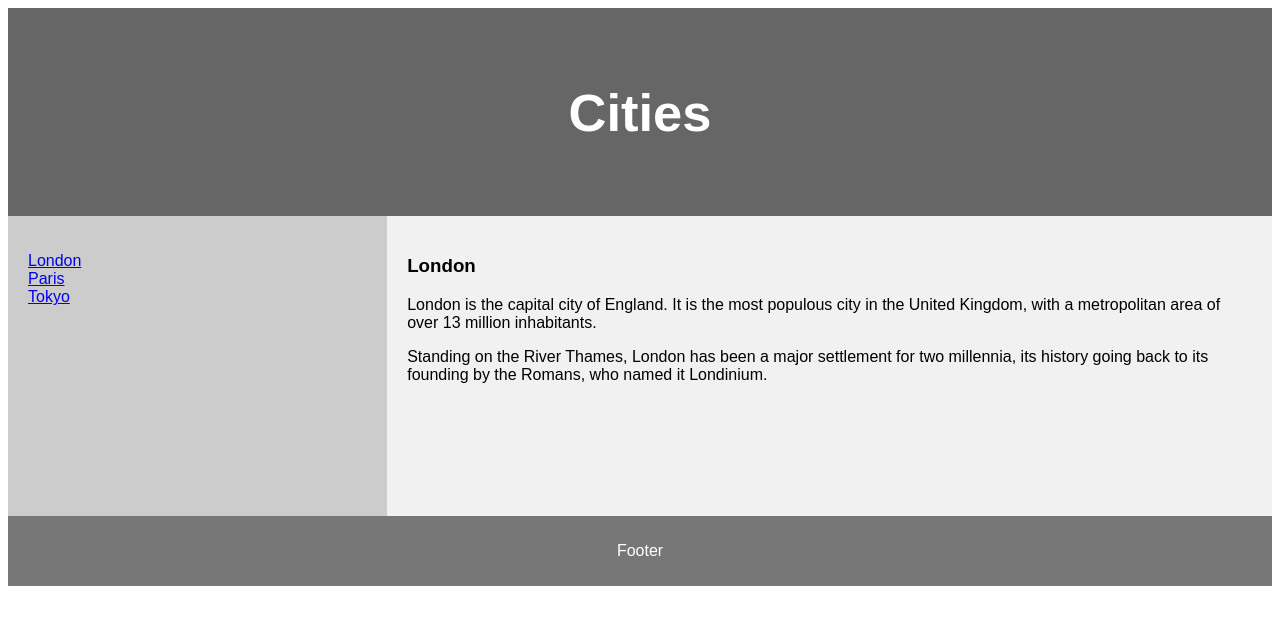
Repository: VuVanPhuoc/JavaSpringMVC
Page: http://localhost/WebBanSachSpringMVC/WEB-INF/views/admin/index.jsp
The author's editor kept a copy of each file at every save. The page is drawn from the files as they stood at one save, then again after the next save.
The browser window is 1280 px wide. The pictures show the whole page.
The page is served by Tomcat 9. Nobody is signed in. Other server files are loaded and not shown. The template is opened directly, without the code that normally fills it, so the values that code supplies are empty.

Above is the page before, as saved 2022-12-26 20:38:17.

### CNJavaCK/WebBanSachSpringMVC/src/main/webapp/WEB-INF/views/admin/index.jsp
<%@ page language="java" contentType="text/html; charset=UTF-8"
    pageEncoding="UTF-8"%>
<!DOCTYPE html>
<html lang="en">
<head>
<title>CSS Template</title>
<meta charset="utf-8">
<meta name="viewport" content="width=device-width, initial-scale=1">
<style>
* {
  box-sizing: border-box;
}

body {
  font-family: Arial, Helvetica, sans-serif;
}

/* Style the header */
header {
  background-color: #666;
  padding: 30px;
  text-align: center;
  font-size: 35px;
  color: white;
}

/* Create two columns/boxes that floats next to each other */
nav {
  float: left;
  width: 30%;
  height: 300px; /* only for demonstration, should be removed */
  background: #ccc;
  padding: 20px;
}

/* Style the list inside the menu */
nav ul {
  list-style-type: none;
  padding: 0;
}

article {
  float: left;
  padding: 20px;
  width: 70%;
  background-color: #f1f1f1;
  height: 300px; /* only for demonstration, should be removed */
}

/* Clear floats after the columns */
section::after {
  content: "";
  display: table;
  clear: both;
}

/* Style the footer */
footer {
  background-color: #777;
  padding: 10px;
  text-align: center;
  color: white;
}

/* Responsive layout - makes the two columns/boxes stack on top of each other instead of next to each other, on small screens */
@media (max-width: 600px) {
  nav, article {
    width: 100%;
    height: auto;
  }
}
</style>
</head>
<body>


<header>
  <h2>Cities</h2>
</header>

<section>
  <nav>
    <ul>
      <li><a href="#">London</a></li>
      <li><a href="#">Paris</a></li>
      <li><a href="#">Tokyo</a></li>
    </ul>
  </nav>

  <article>
    <h1>London</h1>
    <p>London is the capital city of England. It is the most populous city in the  United Kingdom, with a metropolitan area of over 13 million inhabitants.</p>
    <p>Standing on the River Thames, London has been a major settlement for two millennia, its history going back to its founding by the Romans, who named it Londinium.</p>
  </article>
</section>

<footer>
  <p>Footer</p>
</footer>

</body>
</html>

After the next save:
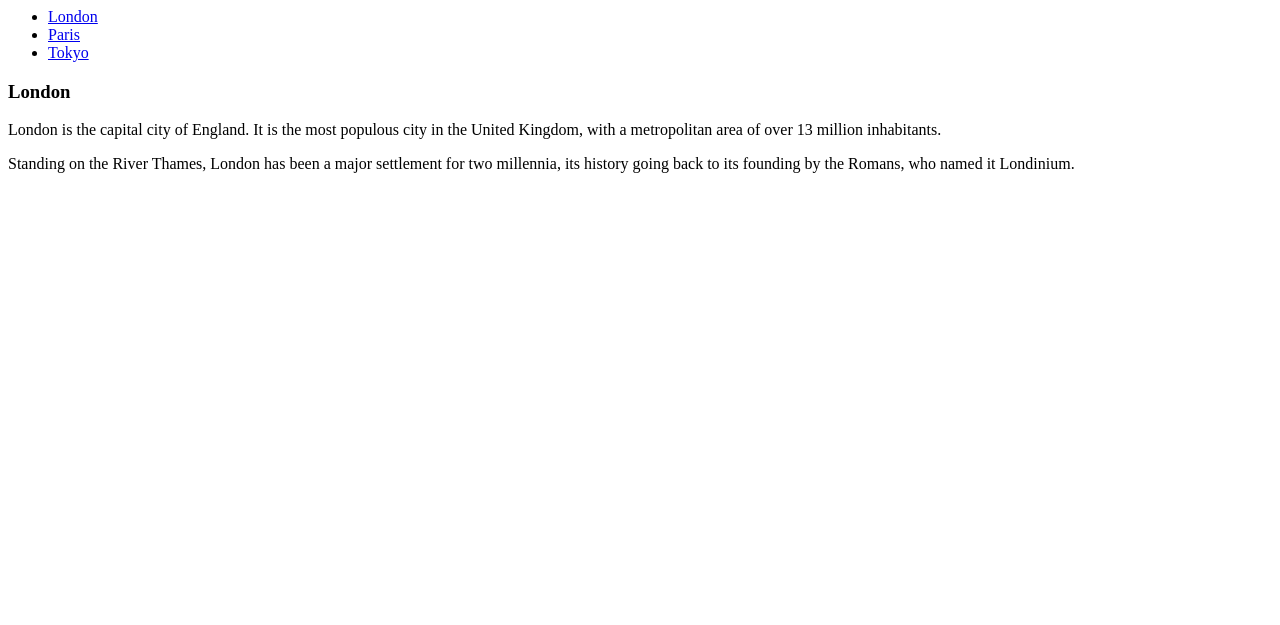
Saved 88 s later.
--- a/CNJavaCK/WebBanSachSpringMVC/src/main/webapp/WEB-INF/views/admin/index.jsp
+++ b/CNJavaCK/WebBanSachSpringMVC/src/main/webapp/WEB-INF/views/admin/index.jsp
@@ -1,82 +1,6 @@
 <%@ page language="java" contentType="text/html; charset=UTF-8"
     pageEncoding="UTF-8"%>
-<!DOCTYPE html>
-<html lang="en">
-<head>
-<title>CSS Template</title>
-<meta charset="utf-8">
-<meta name="viewport" content="width=device-width, initial-scale=1">
-<style>
-* {
-  box-sizing: border-box;
-}
-
-body {
-  font-family: Arial, Helvetica, sans-serif;
-}
-
-/* Style the header */
-header {
-  background-color: #666;
-  padding: 30px;
-  text-align: center;
-  font-size: 35px;
-  color: white;
-}
-
-/* Create two columns/boxes that floats next to each other */
-nav {
-  float: left;
-  width: 30%;
-  height: 300px; /* only for demonstration, should be removed */
-  background: #ccc;
-  padding: 20px;
-}
-
-/* Style the list inside the menu */
-nav ul {
-  list-style-type: none;
-  padding: 0;
-}
-
-article {
-  float: left;
-  padding: 20px;
-  width: 70%;
-  background-color: #f1f1f1;
-  height: 300px; /* only for demonstration, should be removed */
-}
-
-/* Clear floats after the columns */
-section::after {
-  content: "";
-  display: table;
-  clear: both;
-}
-
-/* Style the footer */
-footer {
-  background-color: #777;
-  padding: 10px;
-  text-align: center;
-  color: white;
-}
-
-/* Responsive layout - makes the two columns/boxes stack on top of each other instead of next to each other, on small screens */
-@media (max-width: 600px) {
-  nav, article {
-    width: 100%;
-    height: auto;
-  }
-}
-</style>
-</head>
 <body>
-
-
-<header>
-  <h2>Cities</h2>
-</header>
 
 <section>
   <nav>
@@ -93,10 +17,4 @@ footer {
     <p>Standing on the River Thames, London has been a major settlement for two millennia, its history going back to its founding by the Romans, who named it Londinium.</p>
   </article>
 </section>
-
-<footer>
-  <p>Footer</p>
-</footer>
-
 </body>
-</html>
